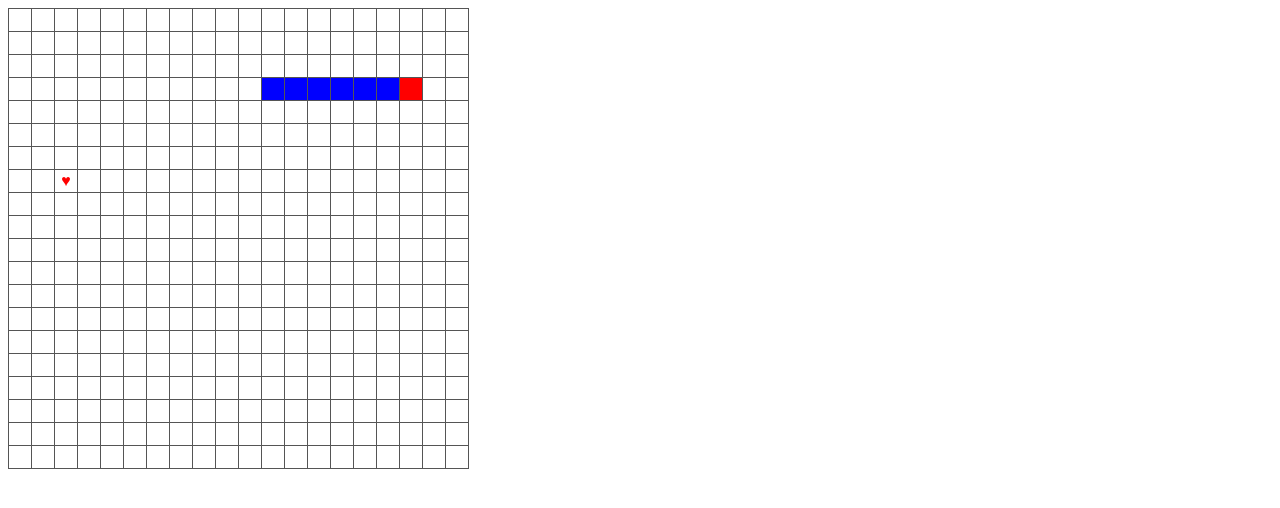
Repository: ycsheng/Games
Page: 01_snake/index.html
These files come from the project's save history. The page is drawn as it stood at one moment and after a run of saves; the edit follows.
The browser window is 1280 px wide. The pictures show the whole page.

Above is the page before, as saved 2021-09-18 16:33:12.

After the next 2 saves:
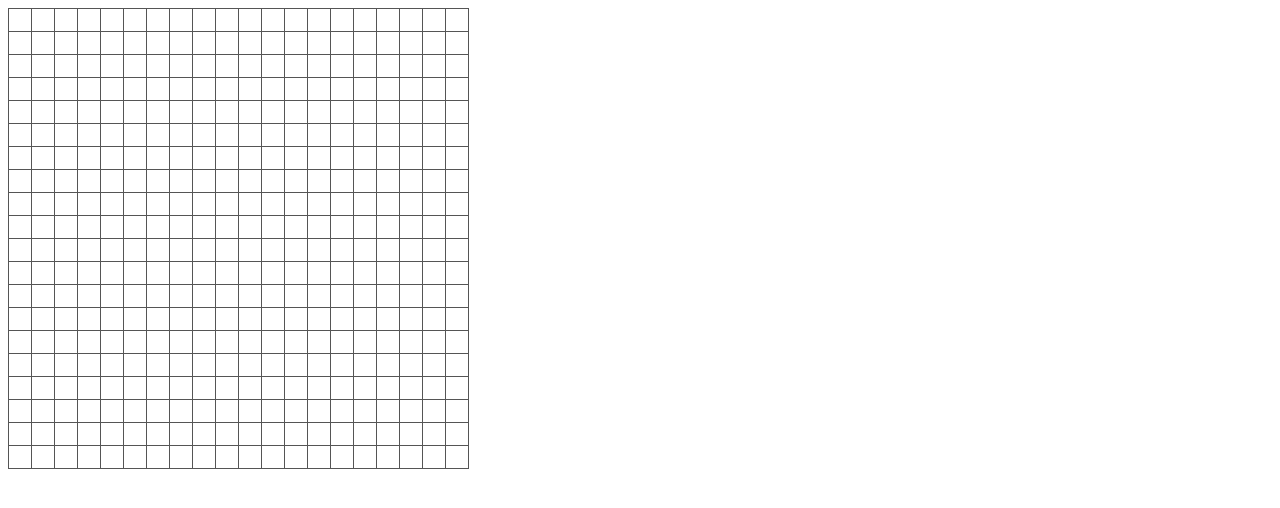
Console error: SyntaxError: Unexpected token ')'
The 2 saves are shown as one change because they came seconds apart.
The last was saved 3 min 13 s later.
--- a/01_snake/js/Food.js
+++ b/01_snake/js/Food.js
@@ -1,10 +1,16 @@
-function Food(game) {
+function Food(gameSnake) {
   // 食物的位置
+  // 先创建一个row和col，然后判断这个row和col是否在蛇的身上
   do{
-    this.row = parseInt(Math.random() * game.row);
-    this.col = parseInt(Math.random() * game.col);
+    this.row = parseInt(Math.random() * gameSnake.row);
+    this.col = parseInt(Math.random() * gameSnake.col);
   }while ((function() {
+    // 遍历蛇的row和col，
+    for(var i = 0; i < gameSnake.snake.body.length; i++) {
+      if() {
 
+      }
+    }
   })())
 }
 

After the save that followed:
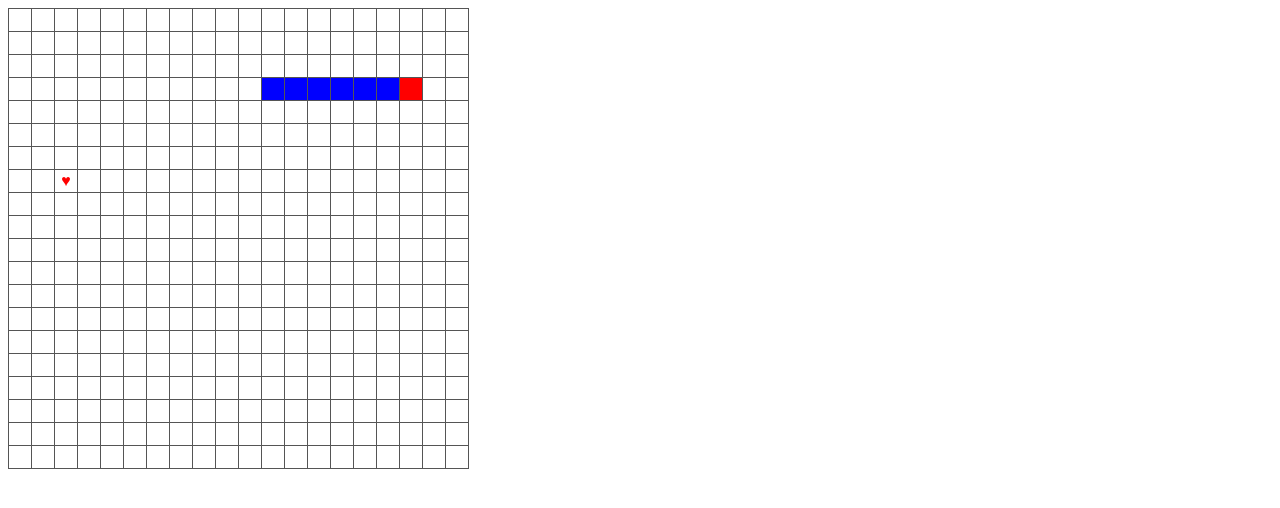
The error is gone.
Saved 69 s later.
--- a/01_snake/js/Food.js
+++ b/01_snake/js/Food.js
@@ -7,7 +7,7 @@
   }while ((function() {
     // 遍历蛇的row和col，
     for(var i = 0; i < gameSnake.snake.body.length; i++) {
-      if() {
+      if(gameSnake.snake.body[i].row == this.row && gameSnake.snake.body[i].col == this.col) {
 
       }
     }
